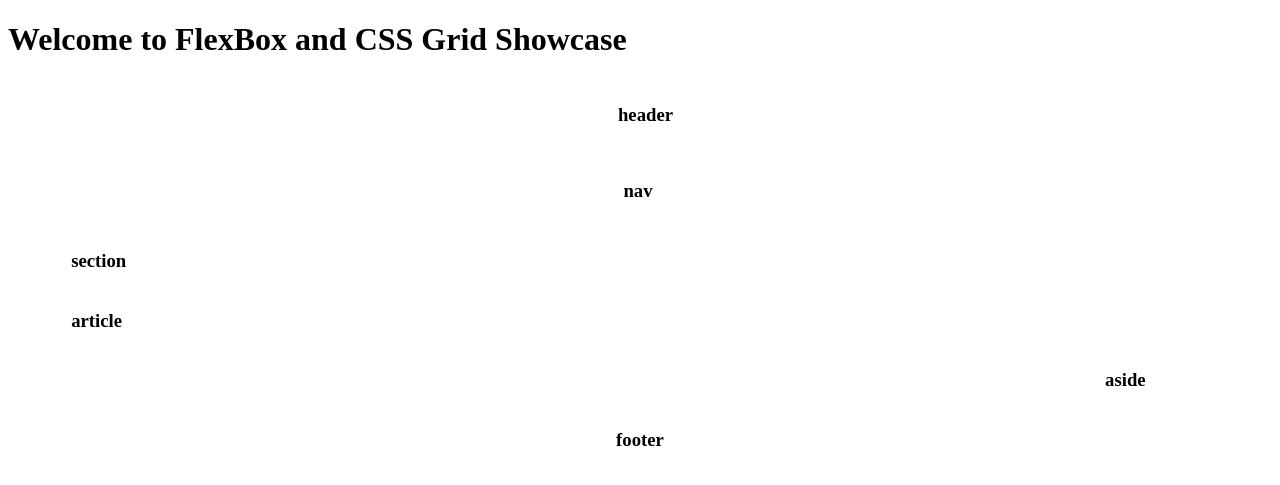
Repository: Awhit-commits/CSS_GRID_AND_FLEXBOX_LESSON
Page: index.html
An editor plug-in stored every save of this project. The page is shown before and after a run of saves, followed by the edit.
The browser window is 1280 px wide. The pictures show the whole page.

Above is the page before, as saved 2020-12-21 17:50:36.

### index.html
<!DOCTYPE html>
<html lang="en">

<head>
    <meta charset="UTF-8">
    <meta name="viewport" content="width=device-width, initial-scale=1.0">
    <title>Document</title>
    <link rel="stylesheet" href="style.css">
</head>

<body>
    <h1>Welcome to FlexBox and CSS Grid Showcase</h1>
    <div class="containerFlex">
        <div class="headerArea">
        <div class="header">
            <h3>header</h3>

        </div>
        <div class="nav">
            <h3>nav</h3>
        </div>
        </div>
        <div class="main">
            <div class="section">
                <h3>section</h3>
            </div>
            <div class="article">
                <h3>article</h3>
            </div>
        </div>
        <div class="aside">
            <h3>aside</h3>
        </div>
        <div class="footer">
            <h3>footer</h3>
        </div>
    </div>
    <script src="script.js"></script>
</body>

</html>

### style.css
.containerFlex {
    display: flex;
    flex-direction: column;
    flex-wrap: nowrap;
    justify-content: space-between;
    /* text-align: center; */
}

.main{
    display:flex;
    flex-direction: column;
    justify-content: flex-start;
    flex: 1 auto;
    margin-left: 5%;
}
.headerArea{
    /* display: flex; */
    align-self: center;
    flex-direction: column;
    /* justify-content:center */

}
.header{
    flex: 1 1 auto;
    padding: 10%;
}

.nav{
    flex: 1 auto;
    margin:10%;
    padding:10%;
}
.aside{
    /* display: flex; */
    align-self:flex-end;
    /* align-items:center; */
    /* text-align: center; */
    margin-right: 10%;


}

.footer{
    display: flex;
    align-items: center;
    flex-direction: column;
}

### script.js
console.log(`Hello World`);

After the next 2 saves:
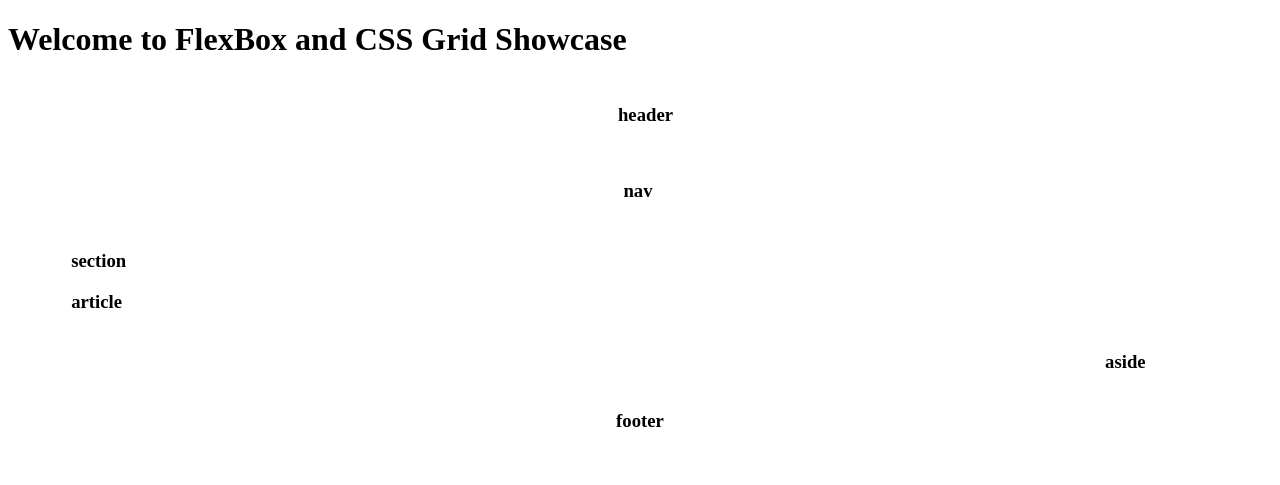
The 2 saves are shown as one change because they came seconds apart.
The last was saved 87 s later.
--- a/style.css
+++ b/style.css
@@ -7,10 +7,7 @@
 }
 
 .main{
-    display:flex;
-    flex-direction: column;
-    justify-content: flex-start;
-    flex: 1 auto;
+    align-self: start;
     margin-left: 5%;
 }
 .headerArea{
